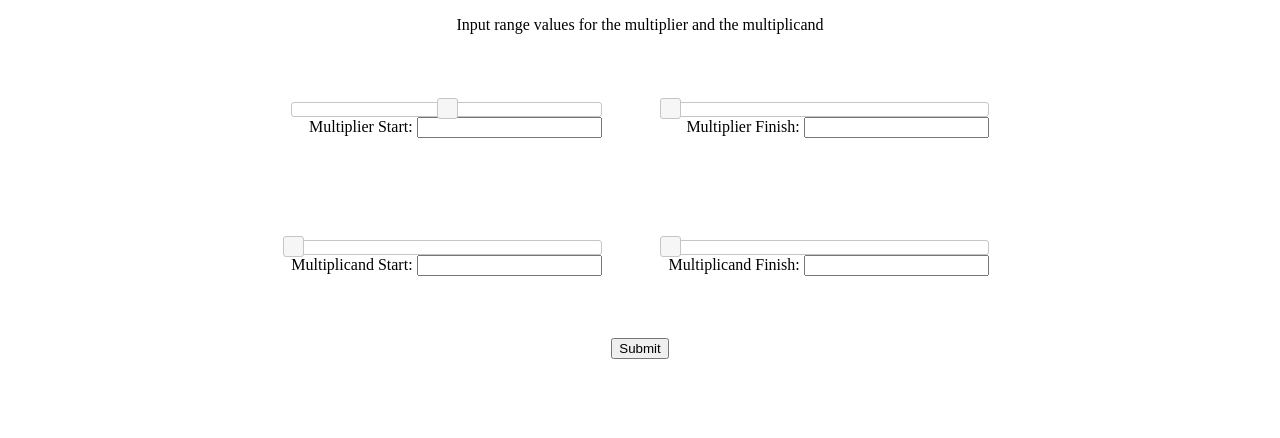
Repository: khrasna/HW4Part2
Page: index.html
These files come from the project's save history. The page is drawn as it stood at one moment and after the next save; the edit follows.
The browser window is 1280 px wide. The pictures show the whole page.
Some web libraries are served in a nearby version.

Above is the page before, as saved 2021-11-14 19:23:13.

### index.html
<!-- HTML file for Assignment 3
By Karsten Hrasna  email Karsten_Hrasna@student.uml.edu-->
<!DOCTYPE html>
<html>

<head>
    <title>Multiplication Table</title>
    <link rel="stylesheet" href="style.css">
    <script type="text/javascript" src="https://ajax.googleapis.com/ajax/libs/jquery/3.5.1/jquery.min.js"></script>
    <script type="text/javascript" src="dist/jquery.validate.min.js"></script>
    <script type="text/javascript" src="formvalidate.js"></script>
    <script type="text/javascript" src="https://ajax.googleapis.com/ajax/libs/jqueryui/1.11.4/jquery-ui.min.js"></script>
    <link rel="stylesheet" href="https://ajax.googleapis.com/ajax/libs/jqueryui/1.11.4/themes/smoothness/jquery-ui.css">
</head>

<body>
    <p>Input range values for the multiplier and the multiplicand</p>
    <div id="container">
        <!-- Learned from W3schools. Creates a form which takes number ranges for multiplier and multiplicand. -->

        <form id="FormInput" action="javascript:void(0);" method="get"> <!--Learned about javascript:void(0) from Dutchie432 at https://stackoverflow.com/questions/1818249/form-with-no-action-and-where-enter-does-not-reload-page-->
            <table>
                <tr>

                    <td class="pad">
                        <div id="slider-1"></div>
                        Multiplier Start: <input input="text" name="MultiplierStart">
                    </td>

                    <td>
                        <div id="slider-2"></div>
                        Multiplier Finish: <input type="text" name="MultiplierFinish">
                    </td>
                </tr>
                <tr>
                    <td class="pad">
                        <div id="slider-3"></div>
                        Multiplicand Start: <input type="text" name="MultiplicandStart">
                    </td>

                    <td>
                        <div id="slider-4"></div>
                        Multiplicand Finish: <input type="text" name="MultiplicandFinish">
                    </td>
                </tr>
            </table>
            <input type="submit" value="Submit"> <!--goes directly under form and processes the input to create a mult table-->
        </form>
    </div>


</body>

</html>

### style.css
/*Created by Karsten Hrasna. email: Karsten_Hrasna@student.uml.edu*/
html,
body {
    height: 97%;
    text-align: center;
}

.slider {
    margin-bottom: 10px;
    margin-top: 10px;
}

div#container {
    display: grid;
    grid-template-columns: 100%;
    /* top row of grid holds the form for input, the rest of page holds the multiplication table*/
    grid-template-rows: minmax(90px, 15%) auto;
    height: 97%;

}

#multTable {
    margin: auto;
    border-collapse: separate;
    border-spacing: 0;
    grid-row: 2;
    /*the dynamically sized multiplication table */
    margin-top: 0px;
    border-bottom: 0px;

}

input[type=submit] {
    /* submit button under form spaced here */
    margin-top: 10px;
    margin-bottom: 0px;
}

#multTable td,
th {
    border: solid;
    border-color: black;
    min-width: 70px;
    font-size: 30px;
    height: 70px;
}


#multTable th {
    position: sticky;
    top: 0px;
    border-right: solid;
    border-right-color: white;
    border-bottom: solid;
    border-bottom-color: white;
    background-color: black;
    color: white;

}

#multTable th:first-child {
    position: sticky;
    top: 70px;
    left: 0;
}


.sticky {
    position: fixed;
    top: 0px;
    /* get the headers to stay fixed on mult table */
    width: 100%;
}

#multTable tr:first-child th:first-child {
    border: none;
    background-color: white;
}

#multTable p.inputError {
    margin: 0px;
}

form {
    grid-row: 1;
    margin-bottom: 0px;
}

table {
    margin-left: auto;
    margin-right: auto;
}

form td {
    text-align: right;
    justify-content: right;
    padding: 50px;

    /*line up the input form textboxes*/
}

form p {
    margin: 0px;
}

td.pad {
    padding-right: 15px;
}

### formvalidate.js
$(function () {

    $("#slider-1").slider({
        min: -50,
        max: 50,
        slide: function (event, ui) {
            $('input[name="MultiplierStart"]').value = ui.value;
        }
    });
    $("#slider-2").slider();
    $("#slider-3").slider();
    $("#slider-4").slider();



    $.validator.addMethod("less", function (value, element, params) {
        return this.optional(element) || value <= params[0].value; //checks to make sure that the starts are less than the finishes, learned from
    });                                                           // https://jqueryvalidation.org/jQuery.validator.addMethod/

    var valid = $('input[value="Submit"]').on("click", function () {
        $("#multTable").remove();

        $("#FormInput").validate({
            onkeyup: false,     //this makes it so the validator doesnt update the error messages whenever new input is typed. only validates when submit is hit.
            onfocusout: false,  //learned about onkeyup, and onfocusout at https://www.sitepoint.com/jquery-validation-validate-form-submit/
            rules: {
                MultiplierStart: {
                    digits: true,
                    less: $('input[name="MultiplierFinish"]'),
                    required: true,
                    range: [-50, 50]
                },
                MultiplierFinish: {
                    required: true,
                    digits: true,
                    range: [-50, 50]
                },

                MultiplicandStart: {
                    digits: true,
                    less: $('input[name="MultiplicandFinish"]'),
                    required: true,
                    range: [-50, 50]
                },

                MultiplicandFinish: {
                    digits: true,
                    required: true,
                    range: [-50, 50]
                }
            },

            messages: {
                MultiplierStart: {
                    digits: "Multiplier Start must be a digit",
                    required: "Multiplier Start must be a digit between -50 and 50",
                    range: "The range of Multiplier Start must stay within -50 and 50",
                    less: "The value of Multiplier Start must be less than or equal to Multiplier Finish."
                },

                MultiplierFinish: {
                    digits: "Multiplier Finish must be a digit",
                    required: "Multiplier Finish must be a digit between -50 and 50",
                    range: "The range of Multiplier Finish must stay within -50 and 50",
                },

                MultiplicandStart: {
                    digits: "Multiplicand Start must be a digit",
                    required: "Multiplicand Start must be a digit between -50 and 50",
                    range: "The range of Multiplicand Start must stay within -50 and 50",
                    less: "The value of Multiplicand Start must be less than or equal to Multiplicand Finish."
                },

                MultiplicandFinish: {
                    digits: "Multiplicand Finish must be a digit",
                    required: "Multiplicand Finish must be a digit between -50 and 50",
                    range: "The range of Multiplicand Finish must stay within -50 and 50",
                }
            },

            errorPlacement: function (error, element) {
                $(error).appendTo($(('#FormInput')));
            },
            errorElement: "p"

        });

        if ($("#FormInput").valid()) {
            process();
        }

    });

});

function process() {
    debugger;
    var multStart = $('input[name="MultiplierStart"]').val();
    var multFinish = $('input[name="MultiplierFinish"]').val();
    var multiplicandStart = $('input[name="MultiplicandStart"]').val();
    var multiplicandFinish = $('input[name="MultiplicandFinish"]').val();


    if (document.getElementById("multTable")) { //remove old table
            var old = document.getElementById("multTable");
            old.remove();
    };

     //clear old table and create a table with size based on input given
        const top = [];
        const left = []; //these will hold the values of the multiplier and multiplicand
        var rows = multFinish - multStart;
        var cols = multiplicandFinish - multiplicandStart;
        var d = document.getElementById("container");
        for (var i = 0; i <= rows; i++) {
            left[i] = (+multiplicandStart + +i); //the + before variable name turns them into integers for addition
        }
        for (var i = 0; i <= cols; i++) {
            top[i] = (+multStart + +i);
        }
        var table = createTable(rows, cols, top, left); //create table based on total rows and cols, and top and left are the sets of multipliers and multiplicands
        table.id = "multTable";
        d.append(table);
}

function createTable(rows, cols, top, left) {
    var t = document.createElement('table');
    for (var x = 0; x <= rows + 1; x++) { // rows and cols + 1 to indicate ranges of numbers
        var r = document.createElement('tr');
        t.appendChild(r);
        for (var y = 0; y <= cols + 1; y++) {   //creates the cols of the table row by row
            if (x == 0) {
                var c = document.createElement('th'); //create and insert element based on position in table
                c.id = "topHeader";
                if (y != 0) {
                    c.innerHTML = top[y - 1]; // - 1 because it is moved over 1 to the right
                }
            } else if (y == 0) {
                var c = document.createElement('th');
                if (x != 0) {
                    c.innerHTML = left[x - 1];
                }
            } else {
                var c = document.createElement('td');
                c.innerHTML = top[y - 1] * left[x - 1];
                if (((y % 2) + (x % 2)) == 0 || ((y % 2) + (x % 2)) == 2) { // checker board effect
                    c.style.backgroundColor = "gray";
                }

            }
            r.appendChild(c);
        }
    }

    return t;
}

Loaded but not shown: dist/jquery.validate.min.js (library)

After the next save:
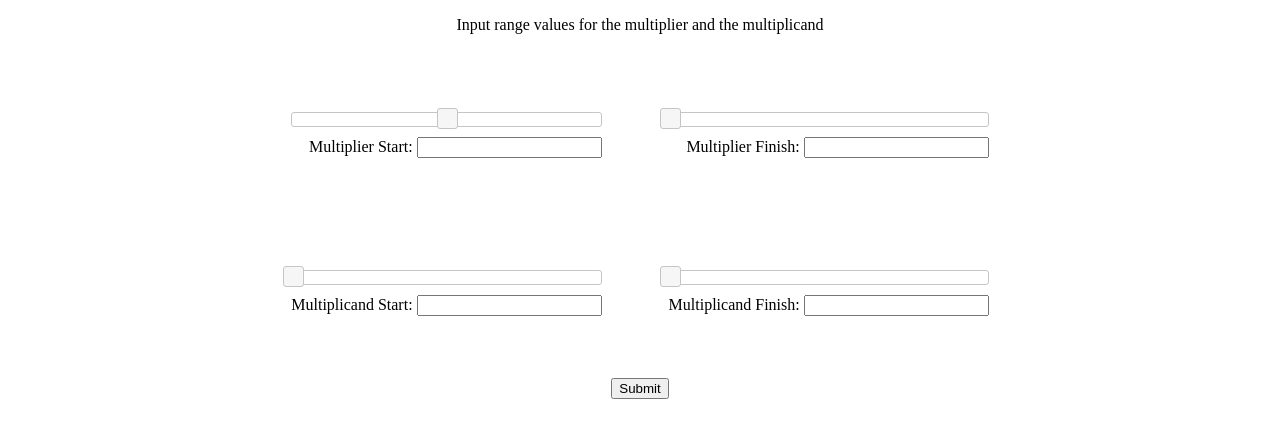
Saved 6 s later.
--- a/style.css
+++ b/style.css
@@ -5,7 +5,10 @@ body {
     text-align: center;
 }
 
-.slider {
+#slider-1,
+#slider-2,
+#slider-3,
+#slider-4 {
     margin-bottom: 10px;
     margin-top: 10px;
 }
